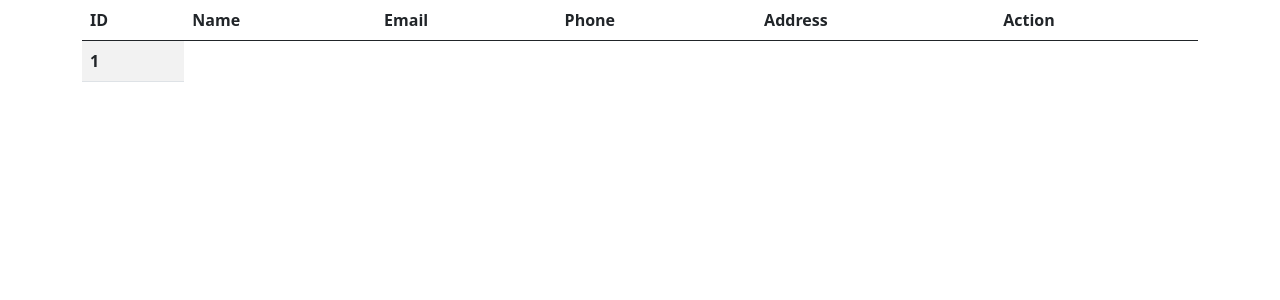
Repository: MankoMax/np-tracking
Page: http://localhost/
An editor plug-in stored every save of this project. The page is shown before and after the next save, followed by the edit.
The browser window is 1280 px wide. The pictures show the whole page.
The page is served by the project's application, run on Django 4.2 (np-tracking/manage.py). Other server files are loaded and not shown.

Above is the page before, as saved 2022-11-01 17:21:50.

### np-tracking/np/templates/np/index.html
<!doctype html>
<html lang="en">
  <head>
    <!-- Required meta tags -->
    <meta charset="utf-8">
    <meta name="viewport" content="width=device-width, initial-scale=1">

    <!-- Bootstrap CSS -->
    <link href="https://cdn.jsdelivr.net/npm/bootstrap@5.0.2/dist/css/bootstrap.min.css" rel="stylesheet" integrity="sha384-EVSTQN3/azprG1Anm3QDgpJLIm9Nao0Yz1ztcQTwFspd3yD65VohhpuuCOmLASjC" crossorigin="anonymous">

    <title></title>
  </head>
  <body>

    <div class="container">
      <div class="row">
        <div class="col-12">
            <table class="table table-striped">
                <thead>
                    <tr>
                    <th scope="col">ID</th>
                    <th scope="col">Name</th>
                    <th scope="col">Email</th>
                    <th scope="col">Phone</th>
                    <th scope="col">Address</th>
                    <th scope="col">Action</th>
                    </tr>
                </thead>
                <tbody>
                    <tr>
                    <th scope="row">1</th>
              </table>
        </div>
      </div>

    <!-- Optional JavaScript; choose one of the two! -->

    <!-- Option 1: Bootstrap Bundle with Popper -->
    <script src="https://cdn.jsdelivr.net/npm/bootstrap@5.0.2/dist/js/bootstrap.bundle.min.js" integrity="sha384-MrcW6ZMFYlzcLA8Nl+NtUVF0sA7MsXsP1UyJoMp4YLEuNSfAP+JcXn/tWtIaxVXM" crossorigin="anonymous"></script>

    <!-- Option 2: Separate Popper and Bootstrap JS -->
    <!--
    <script src="https://cdn.jsdelivr.net/npm/@popperjs/core@2.9.2/dist/umd/popper.min.js" integrity="sha384-IQsoLXl5PILFhosVNubq5LC7Qb9DXgDA9i+tQ8Zj3iwWAwPtgFTxbJ8NT4GN1R8p" crossorigin="anonymous"></script>
    <script src="https://cdn.jsdelivr.net/npm/bootstrap@5.0.2/dist/js/bootstrap.min.js" integrity="sha384-cVKIPhGWiC2Al4u+LWgxfKTRIcfu0JTxR+EQDz/bgldoEyl4H0zUF0QKbrJ0EcQF" crossorigin="anonymous"></script>
    -->
  </body>
</html>

### np-tracking/np/views.py
from django.shortcuts import render
from django.views.generic import TemplateView

class HomeView(TemplateView):
    template_name = 'np/index.html'

    def get_context_data(self, **kwargs):
        context = super().get_context_data(**kwargs)
        context['title'] = 'Home'
        return context

### np-tracking/core/urls.py
"""core URL Configuration

The `urlpatterns` list routes URLs to views. For more information please see:
    https://docs.djangoproject.com/en/4.1/topics/http/urls/
Examples:
Function views
    1. Add an import:  from my_app import views
    2. Add a URL to urlpatterns:  path('', views.home, name='home')
Class-based views
    1. Add an import:  from other_app.views import Home
    2. Add a URL to urlpatterns:  path('', Home.as_view(), name='home')
Including another URLconf
    1. Import the include() function: from django.urls import include, path
    2. Add a URL to urlpatterns:  path('blog/', include('blog.urls'))
"""
from django.contrib import admin
from django.urls import path, include

urlpatterns = [
    path('admin/', admin.site.urls),
    path('', include('np.urls')),
]

### np-tracking/np/urls.py
from django.urls import path
from .views import HomeView


urlpatterns = [
    path('', HomeView.as_view(), name='home'),
]

After the next save:
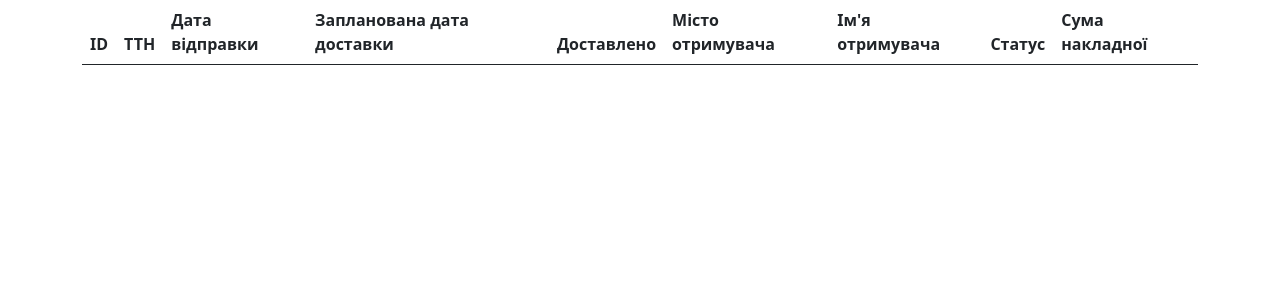
Saved 3 min 10 s later.
--- a/np-tracking/np/templates/np/index.html
+++ b/np-tracking/np/templates/np/index.html
@@ -19,16 +19,18 @@
                 <thead>
                     <tr>
                     <th scope="col">ID</th>
-                    <th scope="col">Name</th>
-                    <th scope="col">Email</th>
-                    <th scope="col">Phone</th>
-                    <th scope="col">Address</th>
-                    <th scope="col">Action</th>
+                    <th scope="col">ТТН</th>
+                    <th scope="col">Дата відправки</th>
+                    <th scope="col">Запланована дата доставки</th>
+                    <th scope="col">Доставлено</th>
+                    <th scope="col">Місто отримувача</th>
+                    <th scope="col">Ім'я отримувача</th>
+                    <th scope="col">Статус</th>
+                    <th scope="col">Сума накладної</th>
                     </tr>
                 </thead>
                 <tbody>
-                    <tr>
-                    <th scope="row">1</th>
+                </tbody>
               </table>
         </div>
       </div>
